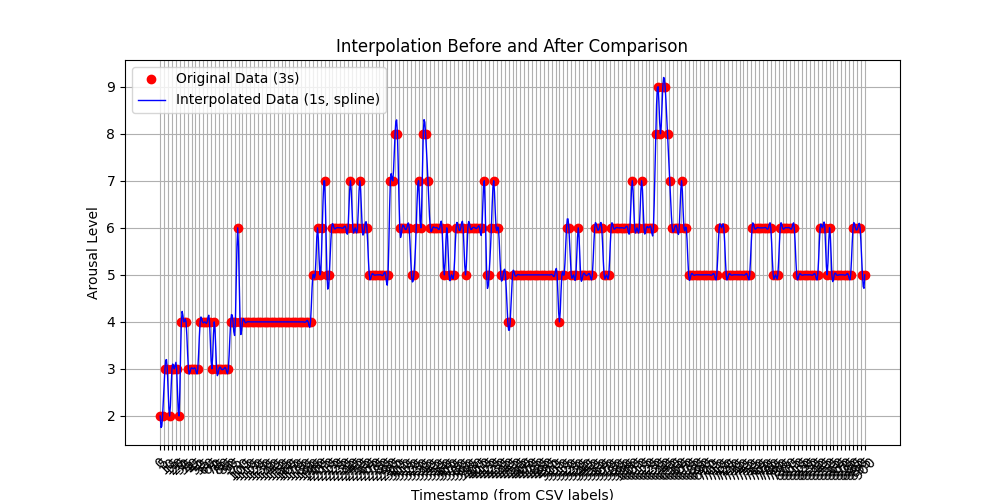
Repository: JLCucumber/comp0053_workspace
Script's output: python data_interpolation.py
These files come from the project's save history. The script's output is drawn as it stood at one moment and after the next save; the edit follows.
Random numbers start from a fixed seed.

Above is the script's output before, as saved 2025-03-14 19:21:23.

After the next save:
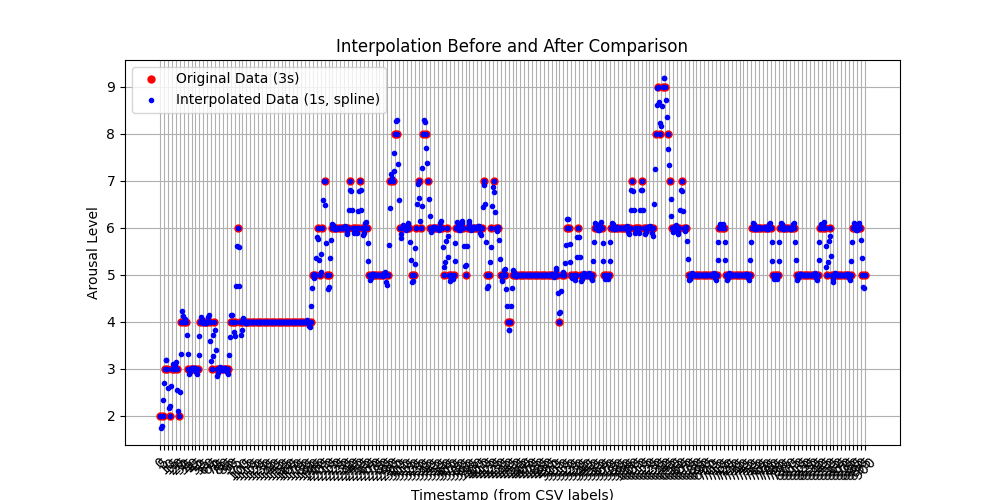
Saved 99 s later.
--- a/data_interpolation.py
+++ b/data_interpolation.py
@@ -64,10 +64,10 @@ def visualize_interpolation(original_csv, interpolated_csv):
     plt.figure(figsize=(10, 5))
 
     # **Fix: Use correct timestamps for original data**
-    plt.plot(df_original["timestamp"], df_original["arousal"], 'ro-', label="Original Data (3s)", markersize=6, linestyle="None")
+    plt.plot(df_original["timestamp"], df_original["arousal"], 'ro-', label="Original Data (3s)", markersize=5, linestyle="None")
 
     # **Plot interpolated data**
-    plt.plot(df_interpolated["timestamp"], df_interpolated["arousal"], 'b-', label="Interpolated Data (1s, spline)", linewidth=1)
+    plt.plot(df_interpolated["timestamp"], df_interpolated["arousal"], 'bo-', label="Interpolated Data (1s, spline)", markersize=3, linestyle="None")
 
     # **Fix X-axis labels to avoid overlap**
     plt.xticks(df_interpolated["timestamp"][::5], labels=df_interpolated["timestamp"][::5].astype(str), rotation=45)
